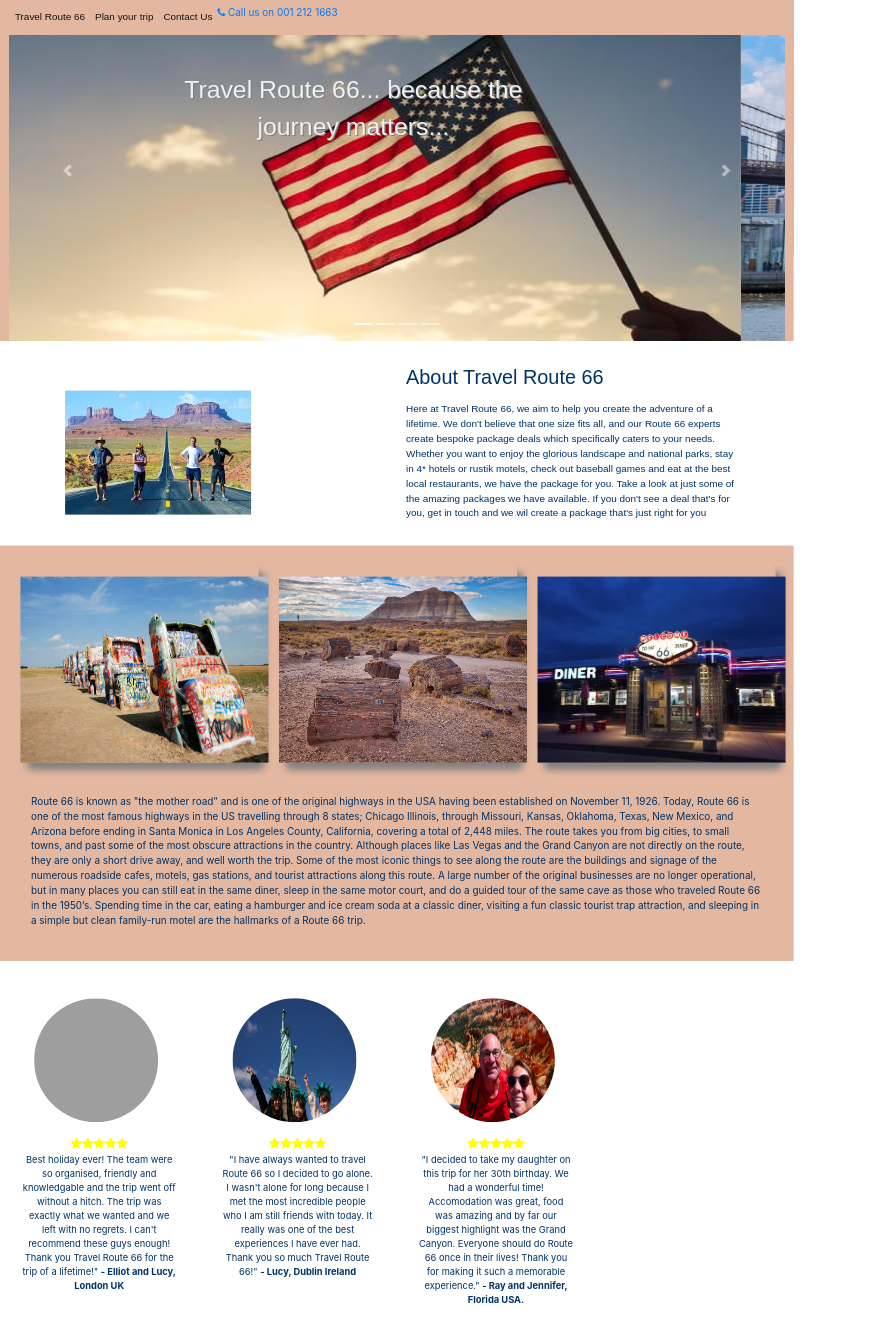
Repository: Code-Institute-Submissions/Javascript-milestone-project-2
Page: index.html
The author's editor kept a record of every edit. The page is drawn from the files as they stood at one moment, then again after the next edit.
The browser window is 1280 px wide. The page is 1280 px wide, then 1430 px, so the pictures cover 1430 px, including what lies to the right of the window. The pictures show the whole page, at 62% of full size.
Pictures or frames that could not be fetched are drawn as grey boxes. Some web fonts or font styles are not loaded; a fallback is used. Some web libraries are served in a nearby version.

Above is the page before.

### index.html
<!DOCTYPE html>
<html lang="en">

<head>
    <meta charset="UTF-8">
    <meta name="viewport" content="width=device-width, initial-scale=1.0">
    <meta http-equiv="X-UA-Compatible" content="ie=edge">
    <link rel="stylesheet" href="https://stackpath.bootstrapcdn.com/bootstrap/4.3.1/css/bootstrap.min.css" type="text/css" />
    <link rel="stylesheet" href="https://cdnjs.cloudflare.com/ajax/libs/hover.css/2.3.1/css/hover-min.css" type="text/css" />
    <link rel="stylesheet" href="https://stackpath.bootstrapcdn.com/font-awesome/4.7.0/css/font-awesome.min.css" type="text/css" />
    <link href="https://fonts.googleapis.com/css?family=Dosis&display=swap" rel="stylesheet">
    <link href="https://fonts.googleapis.com/css?family=Philosopher|Yeon+Sung|ZCOOL+XiaoWei&display=swap" rel="stylesheet">
    <link rel="stylesheet" href="css/style.css" type="text/css" />
    <title>Travel Route 66</title>
</head>

<body>

    <header>
        <nav class="navbar navbar-expand-lg navbar-light">
            <button class="navbar-toggler" type="button" data-toggle="collapse" data-target="#navbarNav" aria-controls="navbarNav" aria-expanded="false" aria-label="Toggle navigation">
    <span class="navbar-toggler-icon"></span>
  </button>
            <div class="collapse navbar-collapse" id="navbarNav">
                <ul class="navbar-nav">
                    <li class="nav-item active">
                        <a class="nav-link" href="#"><span> Travel Route 66</span></a>
                    </li>
                    <li class="nav-item active">
                        <a class="nav-link" href="#"><span>Plan your trip</span></a>
                    </li>
                    <li class="nav-item active">
                        <a class="nav-link" href="#"><span>Contact Us</span></a>
                    </li>
                    <li class="nav-item active">
                        <a class="navlink" href="#"><span><i class="fa fa-phone"></i> Call us on 001 212 1663</span></a>
                    </li>
                </ul>
            </div>
        </nav>
  <div class="container-fluid">
      <div id="myCarousel" class="carousel slide" data-ride="carousel">
          <ul class="carousel-indicators">
              <li data-target="#myCarousel" data-slide-to="0" class="active"></li>
              <li data-target="#myCarousel" data-slide-to="1"></li>
              <li data-target="#myCarousel" data-slide-to="2"></li>
              <li data-target="#myCarousel" data-slide-to="3"></li>
          </ul>
          <div class="carousel-inner">
              <div class="carousel-item active">
                  <img src="images/slide1.jpg" alt="mainimage" width="100%" height="550">
                  <div class="title">Travel Route 66... because the journey matters...</div>
              </div>
              <div class="carousel-item">
                  <img src="images/slide2.jpg" alt="highway" width="100%" height="550">
              </div>
              <div class="carousel-item">
                  <img src="images/slide3.jpg" alt="sunsetcanyon" width="100%" height="550">
              </div>
              <div class="carousel-item">
                  <img src="images/slide4.jpg" alt="signontheroad" width="100%" height="550">
              </div>
              <a class="carousel-control-prev" href="#myCarousel" data-slide="prev">
      <span class="carousel-control-prev-icon"></span>
    </a>
              <a class="carousel-control-next" href="#myCarousel" data-slide="next">
      <span class="carousel-control-next-icon"></span>
    </a>
          </div>
      </div>
  </div>
  </div>

  </header>

  <section>
    <div class="container about" style="padding-bottom: 10px;">
      <div class="row">
        <div class="col-12 col-md-6">
          <img src="images\people.jpg" alt="travelroute66" class="people">
        </div>
        <div class="col-12 col-md-6 about">
          <h2>About Travel Route 66</h2>
          <p class="people2">Here at Travel Route 66, we aim to help you create the adventure of a lifetime. We don't believe that one size fits all, and our Route 66 experts create bespoke package deals which specifically caters to your needs. Whether you want to enjoy the glorious landscape and national parks, stay in 4* hotels or rustik motels,
   check out baseball games and eat at the best local restaurants, we have the package for you. Take a look at just some of the amazing packages we have available. If you don't see a deal that's for you,
   get in touch and we wil create a package that's just right for you</p>
        </div>
      </div>
    </div>

     <div class="largebox">
    <div class="box7">
  <img src="images/attractions.jpg" alt="route66" class="attractions">
  <div class="overlay">
    <div class="text">Travel in style from Chicago to Los Angeles, passing through Missouri, Kansas, Oklahoma, Texas, New Mexico, Arizona. also known as the Will Rogers Highway, the Main Street of America or the Mother Road, was one of the original highways in the U.S. Highway System. US 66 was established on November 11, 1926.</div>
  </div>
</div>

<div class="box7">
  <img src="images/nationalparks.jpg" alt="route66" class="nationalparks">
  <div class="overlay">
    <div class="text">Travel in style from Chicago to Los Angeles, passing through Missouri, Kansas, Oklahoma, Texas, New Mexico, Arizona. also known as the Will Rogers Highway, the Main Street of America or the Mother Road, was one of the original highways in the U.S. Highway System. US 66 was established on November 11, 1926.</div>
  </div>
</div>

<div class="box7">
  <img src="images/dining.jpg" alt="route66" class="dining">
  <div class="overlay">
    <div class="text">Travel in style from Chicago to Los Angeles, passing through Missouri, Kansas, Oklahoma, Texas, New Mexico, Arizona. also known as the Will Rogers Highway, the Main Street of America or the Mother Road, was one of the original highways in the U.S. Highway System. US 66 was established on November 11, 1926.</div>
  </div>
</div>

<div class="box6">
    <p class="information">Route 66 is known as "the mother road" and is one of the original highways in the USA having been established on November 11, 1926. Today, Route 66 is one of the most famous highways in the US travelling through 8 states; Chicago Illinois, through Missouri, Kansas, Oklahoma, Texas, New Mexico, and Arizona before ending in Santa Monica in Los Angeles County, California, covering a total of 2,448 miles.
    The route takes you from big cities, to small towns, and past some of the most obscure attractions in the country. Although places like Las Vegas and the Grand Canyon are not directly on the route, they are only a short drive away, and well worth the trip. Some of the most iconic things to see along the route are the buildings and signage of the numerous roadside cafes, motels, gas stations, and tourist attractions along this route. A large number of the original businesses are no longer operational, but in many places you can still eat in the same diner, sleep in the same motor court, and do a guided tour of the same cave as those who traveled Route 66 in the 1950’s.
    Spending time in the car, eating a hamburger and ice cream soda at a classic diner, visiting a fun classic tourist trap attraction, and sleeping in a simple but clean family-run motel are the hallmarks of a Route 66 trip.</p>
</div>
</div>

<div class="container-fluid review">
        <div class="row padding">
            <div class="col-md-3 sm-2">
                <div class="review1">
                    <img class="review-img" src="images/couple.jpg">
                    <div class="card-body">
                    <div class="stars"><i class="fa fa-star"></i><i class="fa fa-star"></i><i class="fa fa-star"></i><i class="fa fa-star"></i><i class="fa fa-star"></i></div>
                      <p class="card-text">  Best holiday ever! The team were so organised, friendly and knowledgable and the trip went off without a hitch. The trip was exactly what we wanted and we left with no regrets. I can't recommend these guys enough! Thank you Travel Route 66 for the trip of a lifetime!" <strong>- Elliot and Lucy, London UK</strong></p>
                    </div>
               </div>
            </div>

<div class="col-md-3">
        <div class="review1">
            <img class="review-img" src="images/group.jpg">
               <div class="card-body">
              <div class="stars"><i class="fa fa-star"></i><i class="fa fa-star"></i><i class="fa fa-star"></i><i class="fa fa-star"></i><i class="fa fa-star"></i></div> <p class="card-text">"I have always wanted to travel Route 66 so I decided to go alone. I wasn't alone for long because I met the most incredible people who I am still friends with today. It really was one of the best experiences I have ever
           had. Thank you so much Travel Route 66!" <strong>- Lucy, Dublin Ireland</strong></p>
            </div>
        </div>
    </div>

<div class="col-md-3">
                <div class="review1">
                    <img class="review-img" src="images/dadanddaughter.jpg">
                    <div class="card-body">
                        <div class="stars"><i class="fa fa-star"></i><i class="fa fa-star"></i><i class="fa fa-star"></i><i class="fa fa-star"></i><i class="fa fa-star"></i></div>
           <p class="card-text">"I decided to take my daughter on this trip for her 30th birthday. We had a wonderful time! Accomodation was great, food was amazing and by far our biggest highlight was the Grand Canyon. Everyone should do Route 66 once in their lives! Thank you for making it such a memorable experience." <strong>- Ray and Jennifer, Florida USA.</strong></p>
                    </div>
                </div>
            </div>
       </div>
  </section>


    <script src="https://code.jquery.com/jquery-3.2.1.slim.min.js" integrity="sha384-KJ3o2DKtIkvYIK3UENzmM7KCkRr/rE9/Qpg6aAZGJwFDMVNA/GpGFF93hXpG5KkN" crossorigin="anonymous"></script>
    <script src="https://cdnjs.cloudflare.com/ajax/libs/popper.js/1.12.9/umd/popper.min.js" integrity="sha384-ApNbgh9B+Y1QKtv3Rn7W3mgPxhU9K/ScQsAP7hUibX39j7fakFPskvXusvfa0b4Q" crossorigin="anonymous"></script>
    <script src="https://maxcdn.bootstrapcdn.com/bootstrap/4.0.0/js/bootstrap.min.js" integrity="sha384-JZR6Spejh4U02d8jOt6vLEHfe/JQGiRRSQQxSfFWpi1MquVdAyjUar5+76PVCmYl" crossorigin="anonymous"></script>
</body>

</html>

### css/style.css

/* ---------------------------------------------------home.html */


.homeimage {
    width: 100%;
}

.centered {
  position: absolute;
  top: 40%;
  left: 50%;
  transform: translate(-50%, -100%);
  color: #f0f1f2;
  font-family: 'Poppins', sans-serif;
  font-size: 70px;
  background: rgba(0, 0, 0, 0);
  text-shadow: 2px 2px grey;
  text-align: center;

}

.centered2 {
   position: absolute;
  top: 60%;
  left: 50%;
  transform: translate(-50%, -100%);
  color: #f0f1f2;
  font-family: 'Poppins', sans-serif;
  font-size: 40px;
  background: rgba(0, 0, 0, 0);
  text-shadow: 2px 2px grey;
  text-align: center;
}

#homebutton {
    background-color: #FF7F50;
    text-align: center;
    margin-right: 40px;
    font-size: 20px;
    margin-top: 20px;
    border-radius: 30px;
}


/* ---------------------------------------------------navbar */


.navbar {
    margin: 0;
    border: 0;
    background-color: #e3b7a0;
    color: #003366;
    position: fixed;
    z-index: 10;
    width: 100%;

}

.nav-link {
     font-family: 'Poppins', sans-serif;
      color: #003366;
}



/* ---------------------------------------------------Image Carousel */

.carousel-inner img {
      width: 100%;
}

#myCarousel {
    margin: 0;
    padding: 0;
}

.carousel-item {
      position: relative;
      margin-right: -100%;
      width: 100%;
}

.carousel-caption {
     text-align: center;
     color: #FFc107;
     font-weight: 700;
     padding-bottom: 100px;
     margin-bottom: 30px;
}

.container-fluid {
    background-color: #e3b7a0;
}




/* ---------------------------------------------------Title across image carousel */



.title {
   position: absolute;
  top: 60%;
  left: 50%;
  transform: translate(-50%, -180%);
  color: #f0f1f2;
  font-family: 'Poppins', sans-serif;
  font-size: 40px;
  background: rgba(0, 0, 0, 0);
  text-shadow: 2px 2px grey;
  text-align: center;
}



/* ---------------------------------------------------About Travel Route 66 section */


#about {
    background-color: #fcfcfc;
    padding-top: 60px;
    padding-bottom: 20px;
}


.people {
    margin-top: 80px;
    margin-left: 20px;
    width: 300px;
    height: 200px;
    margin-bottom: 30px;
}


h2 {
    margin-top: 40px;
    font-family: 'Poppins', sans-serif;
    color: #003366;
}

.people2 {
    margin-top: 20px;
    font-family: 'Poppins', sans-serif;
    color: #003366;
}

/* ---------------------------------------------------image cards that fade to text and paragraph of text below */


.box7 {
  float: left;
  position: relative;
  width: 30%;
  text-align: center;
  border-radius: 10px;
  box-shadow: 10px 12px 12px grey;
  margin-left: 33px;

}

.attractions {
  display: block;
  width: 400px;
  height: 300px;
  margin-top: 20px;

}

.nationalparks {
  display: block;
  width: 400px;
  height: 300px;
  margin-top: 20px;

}

.dining {
  display: block;
  width: 400px;
  height: 300px;
  margin-top: 20px;

}

.overlay {
  position: absolute;
  top: 0;
  bottom: 0;
  left: 0;
  right: 0;
  height: 100%;
  width: 100%;
  opacity: 0;
  transition: .5s ease;
  background-color:  #e3b7a0;

}

.box7:hover .overlay {
  transition-timing-function: ease-in-out;
  opacity: 1;


}

.text {
  color: #003366;
  font-size: 15px;
  font-family: 'Poppins', sans-serif;
  position: absolute;
  top: 50%;
  left: 50%;
  -webkit-transform: translate(-50%, -50%);
  -ms-transform: translate(-50%, -50%);
  transform: translate(-50%, -50%);
  text-align: center;
  padding-top: 10px;
}


.largebox {
    box-sizing: border-box;
    height: 670px;
    width: 100%;
    background-color:  #e3b7a0;
    padding-top: 30px;
    margin-top: 10px;

}

.information {
    padding-top: 370px;
    padding-left: 50px;
    padding-right: 50px;
    color: #003366;
}



/* ---------------------------------------------------Reviews */


 p.card-text {
   font-size: 15px;
   color: #003366;
 }


.card-body {
 text-align: center;

}

.review {
    margin-top: 40px;
    background-color: white;
}

.stars {
    color: yellow;
    font-size: 20px;
}


.review-img {
    height: 200px;
    width: 200px;
    margin-top: 0;
    border-radius: 50%;
    text-align: center;
    margin-left: 40px;
}


.card-body {
 text-align: center;

}

.review {
    margin-top: 60px;

}








/* ---------------------------------------------------radio buttons and selections */










/* ---------------------------------------------------Google Map */







/* ---------------------------------------------------cards with package deals */








/* ---------------------------------------------------Footer */

After the next edit:
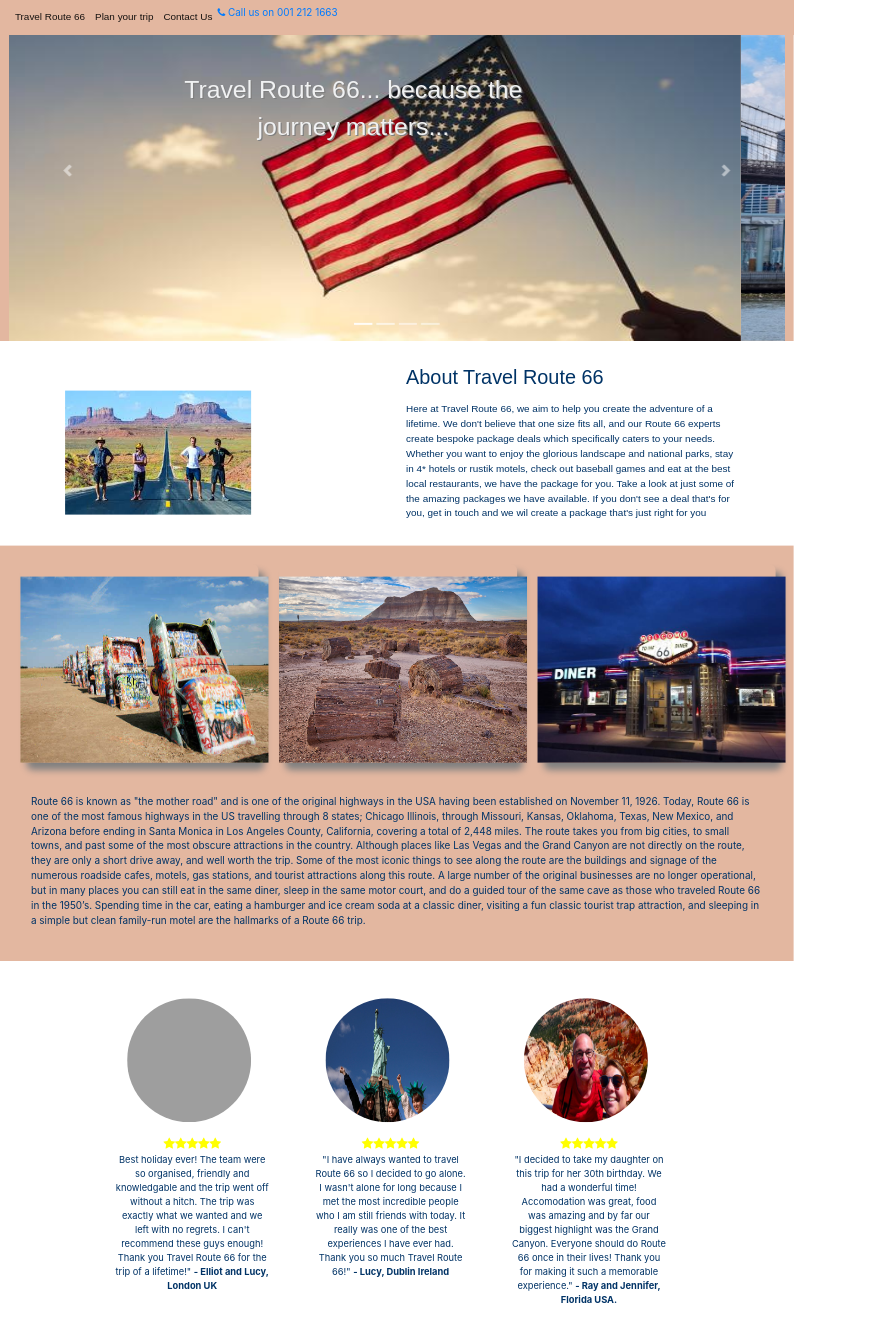
The edit:
--- a/css/style.css
+++ b/css/style.css
@@ -281,7 +281,7 @@
 
 .review {
     margin-top: 60px;
-
+   margin-left: 150px;
 }
 
 
